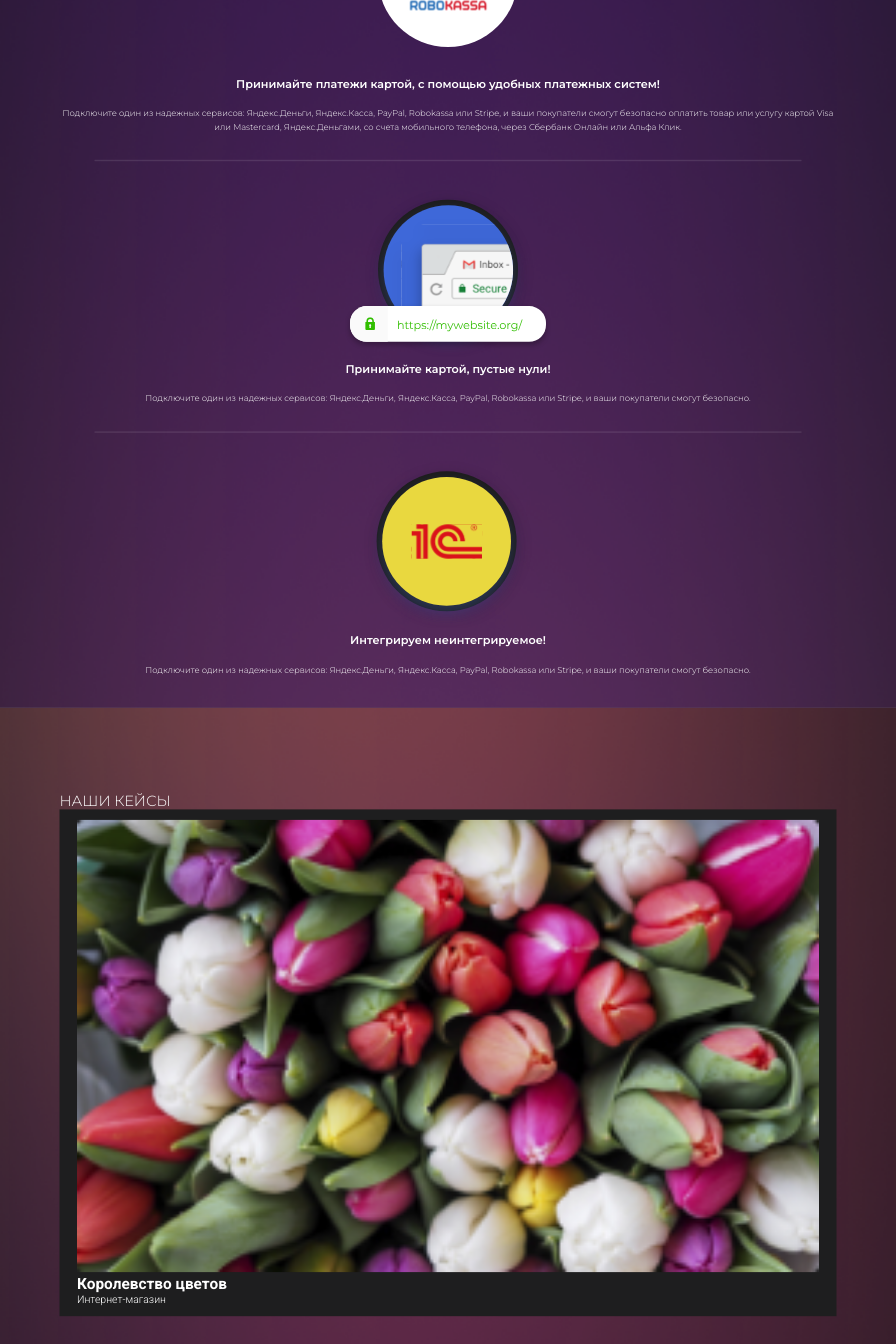
Repository: Gabi0605/my-tests
Page: web_alternative/index.html
An editor plug-in stored every save of this project. The page is shown before and after the next save, followed by the edit.
The browser window is 1280 px wide. The pictures show the part of the page from y = 1846 to 3766 px (the page is 3766 px tall before and 3722 px after), at 70% of full size.
The style sheet was rebuilt from its Sass, Less or Tailwind sources for each picture, by a compiler version that may differ from the author's.

Above is the page before, as saved 2020-01-19 21:36:03.

After the next save:
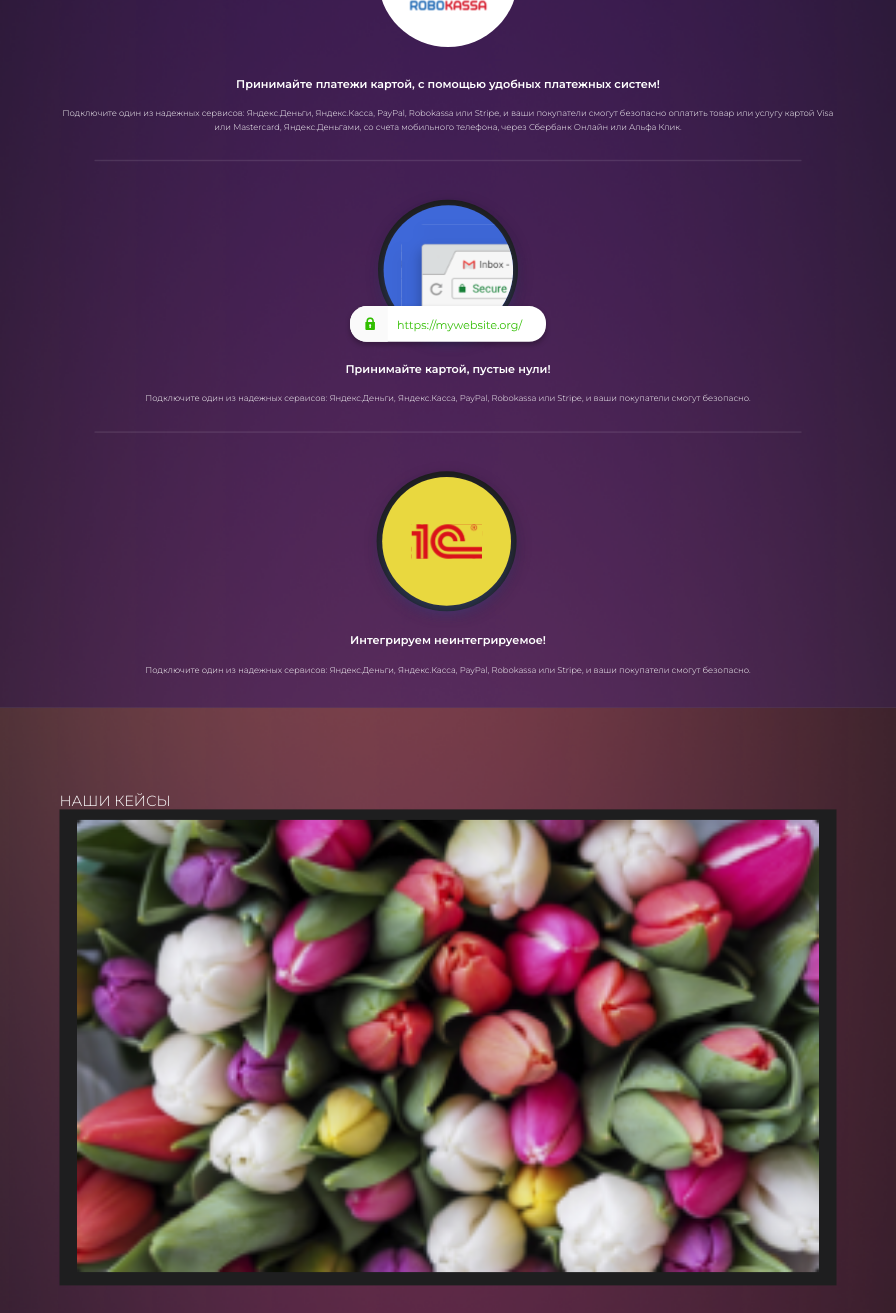
Saved 12 s later.
--- a/web_alternative/index.html
+++ b/web_alternative/index.html
@@ -165,8 +165,7 @@
                     <div class="case">
                         <div class="case__img">
                             <img src="img/flower.png" alt="">
-                            <h3>Королевство цветов</h3>
-                            <p>Интернет-магазин</p>
+
                         </div>
                     </div>
                 </div>
